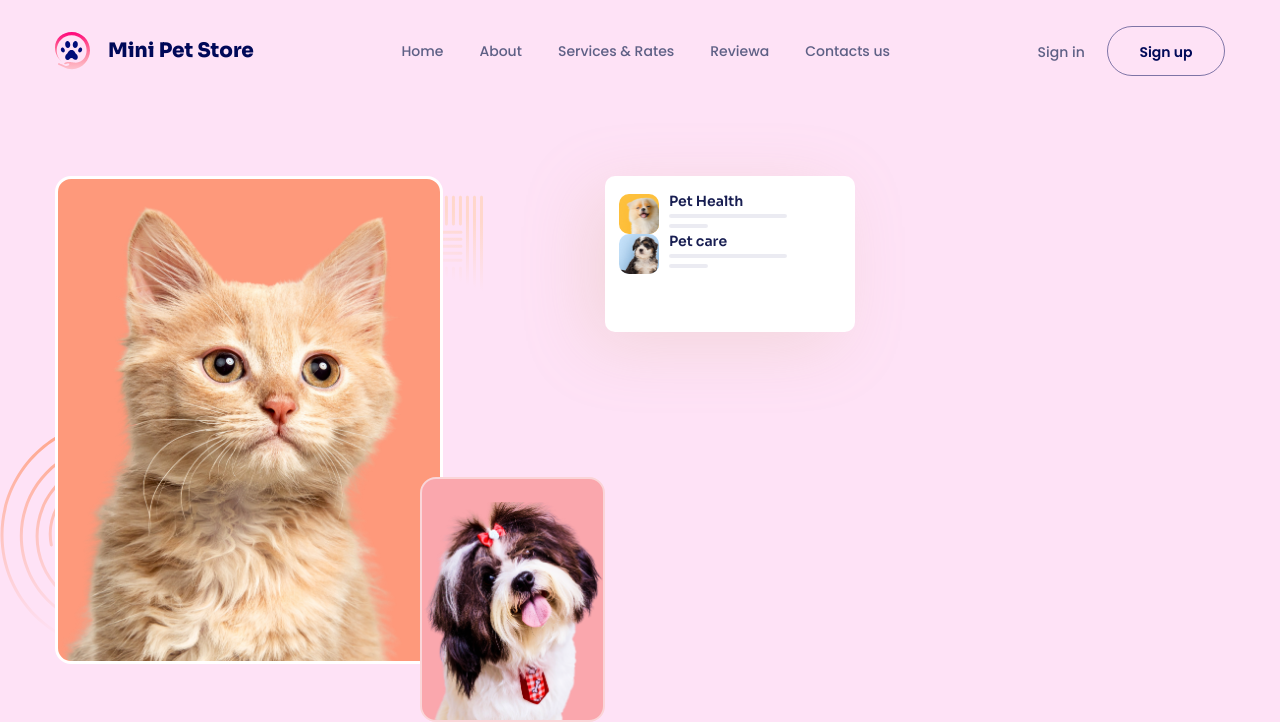
Repository: Tran-Dat/ASM-HTML5-F8-04
Page: index.html
An editor plug-in stored every save of this project. The page is shown before and after the next save, followed by the edit.
The browser window is 1280 px wide. The pictures show the whole page.

Above is the page before, as saved 2023-06-12 16:34:11.

After the next save:
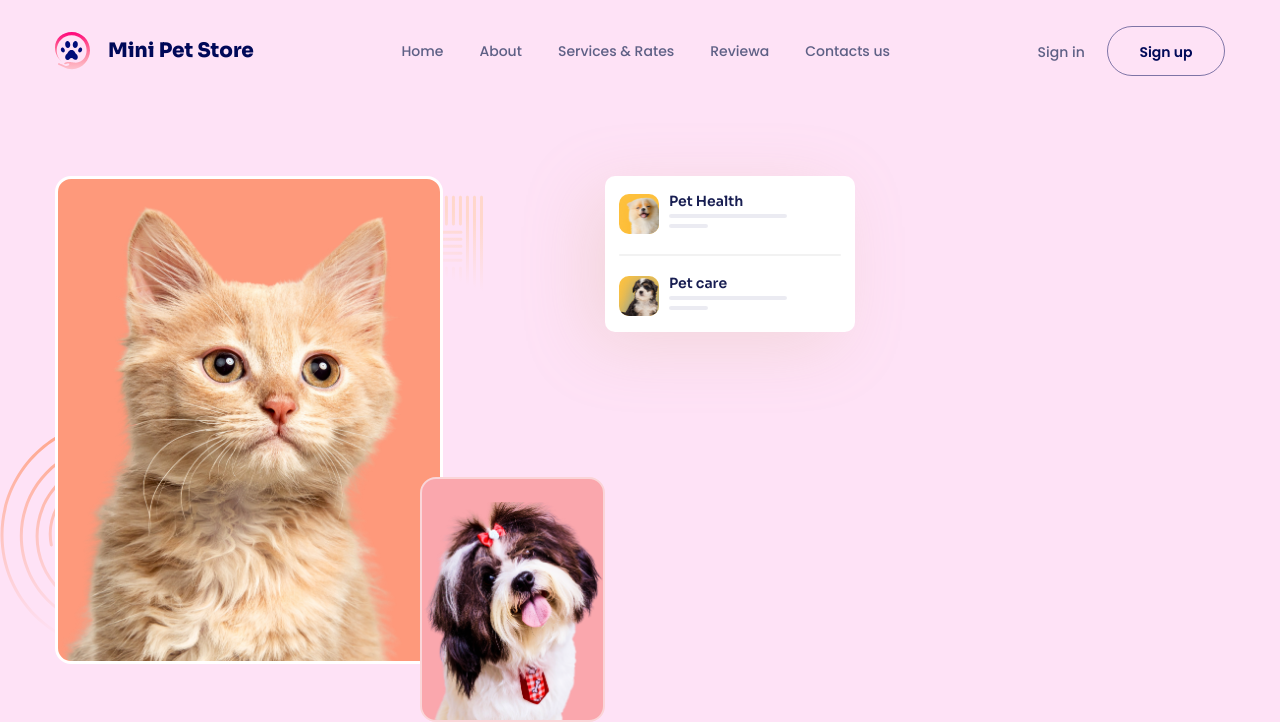
Saved 22 s later.
--- a/index.html
+++ b/index.html
@@ -199,6 +199,8 @@
                                 </div>
                             </div>
 
+                            <div class="hero-list-item__separate"></div>
+
                             <!-- hero list item 2 -->
                             <div class="hero-list-item">
                                 <img
